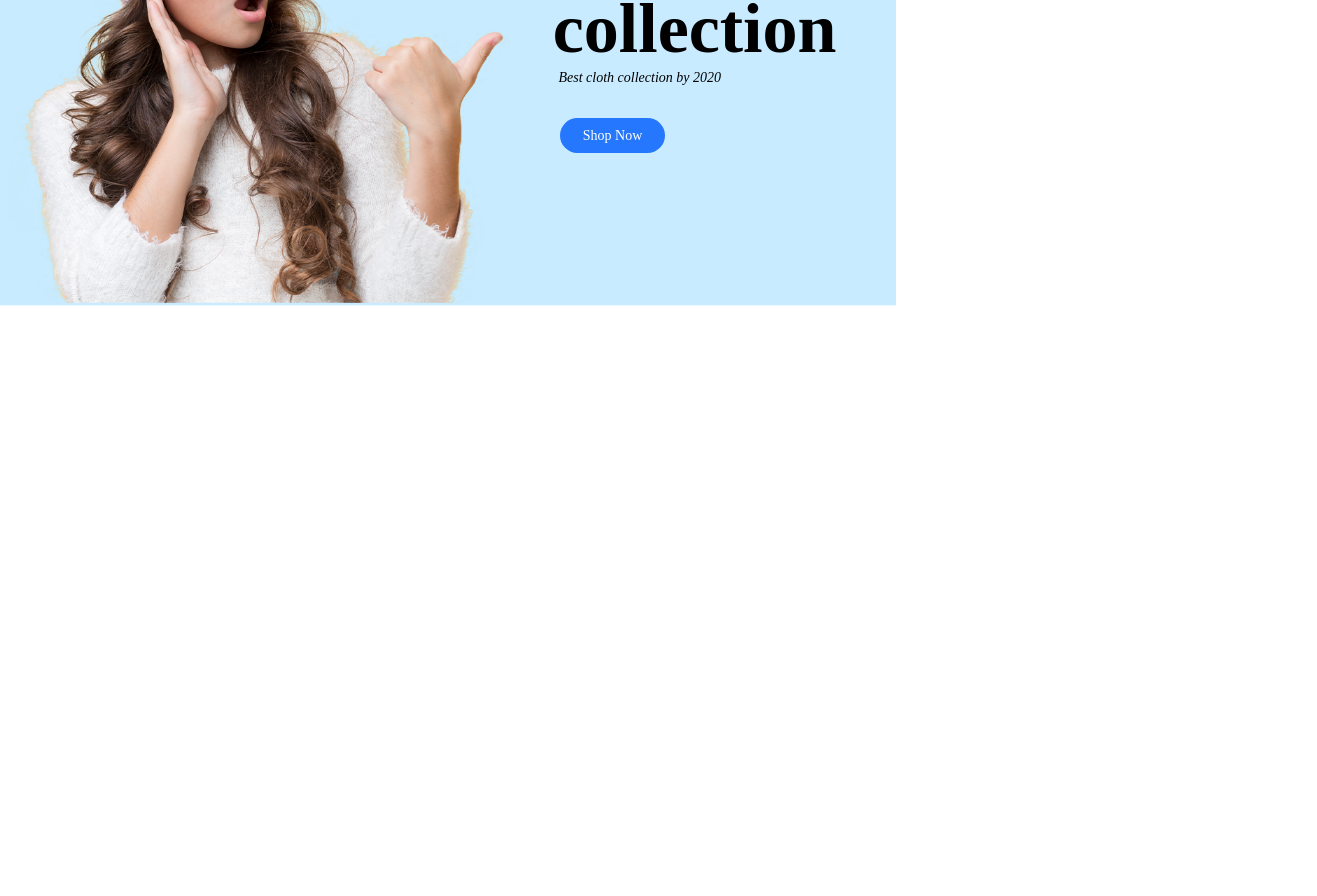
Repository: nhutduy0803/template1
Page: index.html
These files come from the project's save history. The page is drawn as it stood at one moment and after the next save; the edit follows.
The browser window is 1280 px wide. The page is 1280 px wide, then 1881 px, so the pictures cover 1881 px, including what lies to the right of the window. The pictures show the part of the page from y = 431 to 1711 px (the page is 3868 px tall), at 70% of full size.

Above is the page before, as saved 2021-12-03 20:04:50.

After the next save:
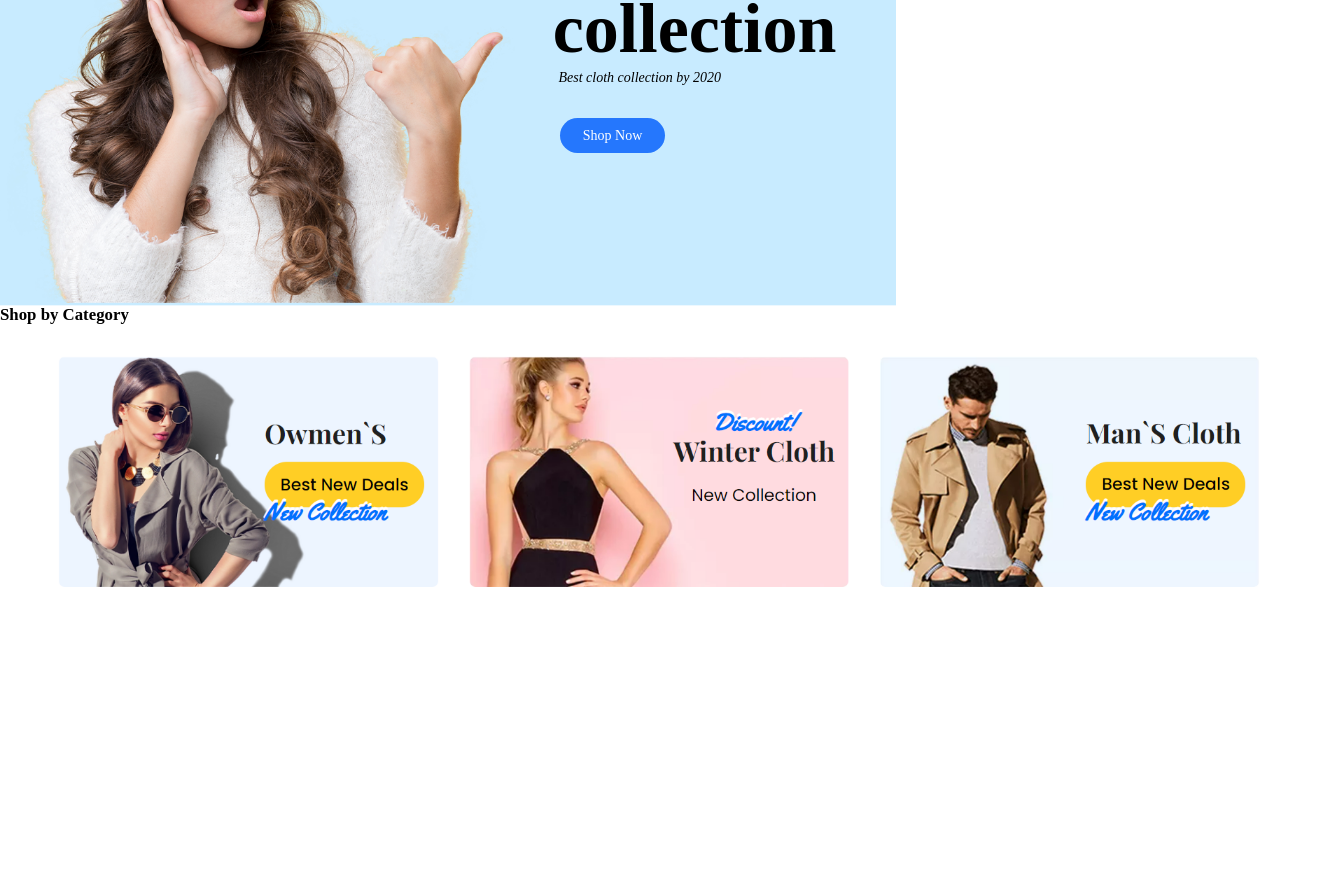
Saved 2 min 15 s later.
--- a/index.html
+++ b/index.html
@@ -67,6 +67,9 @@
       <div class="shop-now">Shop Now</div>
       <img src="./assets/css/img/slider.webp" alt="" />
     </div>
-    <div class="content"></div>
+    <div class="content">
+      <h2>Shop by Category</h2>
+      <img src="./assets/css/img/content.png" alt="" />
+    </div>
   </body>
 </html>
